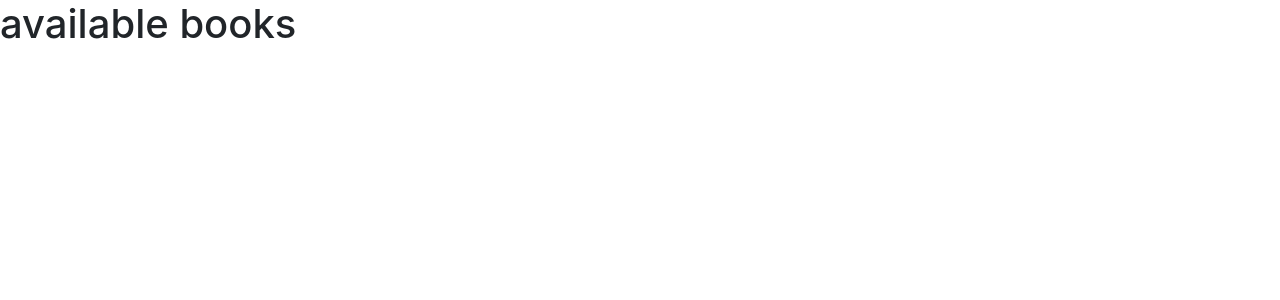
Repository: Sumanta-Sahoo/BookStoreApp
Page: bookstore/src/main/resources/static/myBooks.html
An editor plug-in stored every save of this project. The page is shown before and after the next save, followed by the edit.
The browser window is 1280 px wide. The pictures show the whole page.

Above is the page before, as saved 2024-03-15 08:54:01.

### bookstore/src/main/resources/static/myBooks.html
<!doctype html>
<html lang="en">

<head>
	<!-- Required meta tags -->
	<meta charset="utf-8">
	<meta name="viewport" content="width=device-width, initial-scale=1, shrink-to-fit=no">

	<!-- Bootstrap CSS -->
	<link rel="stylesheet" href="https://cdn.jsdelivr.net/npm/bootstrap@4.4.1/dist/css/bootstrap.min.css"
		integrity="sha384-Vkoo8x4CGsO3+Hhxv8T/Q5PaXtkKtu6ug5TOeNV6gBiFeWPGFN9MuhOf23Q9Ifjh" crossorigin="anonymous">

	<title>BookStore</title>
</head>

<body>

<h1>available books</h1>
<!--
	<form>
		<div class="form-group">
			<label for="exampleInputEmail1">Email address</label>
			<input type="email" class="form-control" id="exampleInputEmail1" aria-describedby="emailHelp"
				placeholder="Enter email">
			<small id="emailHelp" class="form-text text-muted">We'll never share your email with anyone else.</small>
		</div>
		<div class="form-group">
			<label for="exampleInputPassword1">Password</label>
			<input type="password" class="form-control" id="exampleInputPassword1" placeholder="Password">
		</div>
		<div class="form-check">
			<input type="checkbox" class="form-check-input" id="exampleCheck1">
			<label class="form-check-label" for="exampleCheck1">Check me out</label>
		</div>
		<button type="submit" class="btn btn-primary">Submit</button>
	</form> -->

	<!-- Optional JavaScript -->
	<!-- jQuery first, then Popper.js, then Bootstrap JS -->
	<script src="https://code.jquery.com/jquery-3.4.1.slim.min.js"
		integrity="sha384-J6qa4849blE2+poT4WnyKhv5vZF5SrPo0iEjwBvKU7imGFAV0wwj1yYfoRSJoZ+n"
		crossorigin="anonymous"></script>
	<script src="https://cdn.jsdelivr.net/npm/popper.js@1.16.0/dist/umd/popper.min.js"
		integrity="sha384-Q6E9RHvbIyZFJoft+2mJbHaEWldlvI9IOYy5n3zV9zzTtmI3UksdQRVvoxMfooAo"
		crossorigin="anonymous"></script>
	<script src="https://cdn.jsdelivr.net/npm/bootstrap@4.4.1/dist/js/bootstrap.min.js"
		integrity="sha384-wfSDF2E50Y2D1uUdj0O3uMBJnjuUD4Ih7YwaYd1iqfktj0Uod8GCExl3Og8ifwB6"
		crossorigin="anonymous"></script>
</body>

</html>

After the next save:
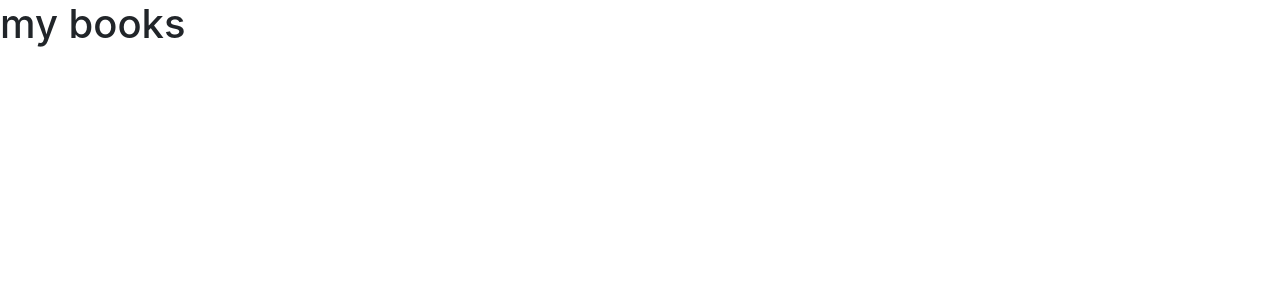
Saved 36 s later.
--- a/bookstore/src/main/resources/static/myBooks.html
+++ b/bookstore/src/main/resources/static/myBooks.html
@@ -15,7 +15,7 @@
 
 <body>
 
-<h1>available books</h1>
+<h1>my books</h1>
 <!--
 	<form>
 		<div class="form-group">
